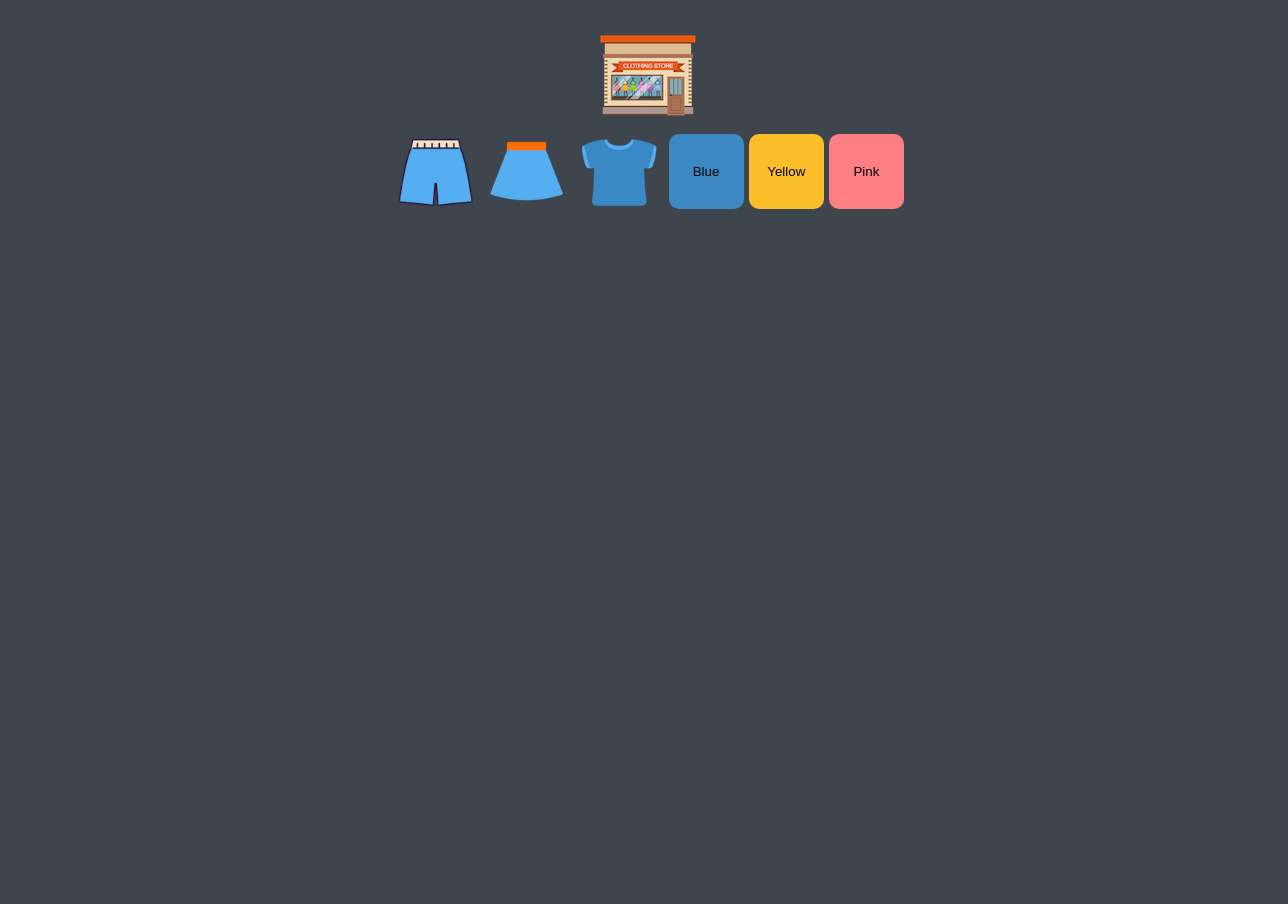
Repository: Jay-JYKim91/elle-shopping-mall
Page: index.html
An editor plug-in stored every save of this project. The page is shown before and after the next save, followed by the edit.
The browser window is 1280 px wide. The page is 1288 px wide, so the pictures cover 1288 px, including what lies to the right of the window. The pictures show the whole page.
An inner scrolling area shows only its first screen.

Above is the page before, as saved 2021-07-28 20:32:36.

### index.html
<!DOCTYPE html>
<html lang="en">
  <head>
    <meta charset="UTF-8" />
    <meta name="viewport" content="width=device-width, initial-scale=1.0" />
    <title>Online Shopping</title>
    <link rel="stylesheet" href="style.css" />
    <script src="src/main.js" defer></script>
  </head>
  <body>
    <div class="container">
      <div class="logo">
        <img src="./img/logo.png" alt="logo">
      </div>
      <div class="options">
        <button class="btn">
          <img src="./img/blue_p.png" alt="blue pants" data-key="type" data-value="pants">
        </button>
        <button class="btn">
          <img src="./img/blue_s.png" alt="blue skirt" data-key="type" data-value="skirt">
        </button>
        <button class="btn">
          <img src="./img/blue_t.png" alt="blue t-shirt" data-key="type" data-value="tshirt">
        </button>
        <button class="btn color-box blue" data-key="color" data-value="blue">
          Blue
        </button>
        <button class="btn color-box yellow" data-key="color" data-value="yellow">
          Yellow
        </button>
        <button class="btn color-box pink" data-key="color" data-value="pink">
          Pink
        </button>
      </div>
      <div class="lists">
        <ul>

        </ul>
      </div>
    </div>
  </body>
</html>

### style.css
:root {
  /* color */
  --color-black: #3f454d;
  --color-white: #ffffff;
  --color-blue: #3b88c3;
  --color-yellow: #fbbe28;
  --color-pink: #fd7f84;
  --color-light-grey: #dfdfdf;
}

* {
  box-sizing: border-box;
}
body {
  background-color: var(--color-black);
  height: 90vh;
  width: 100vw;
}
.container {
  text-align: center;
  width: 40%;
  height: 70vh;
  margin: 30px auto;
}
.invisible {
  display: none;
}
.options {
  display: flex;
  justify-content: space-between;
}
.btn {
  background-color: #3f454d;
  border: none;
}
.options img {
  width: 75px;
  height: 75px;
  transition: transform 300ms;
}
.options img:hover {
  transform: scale(1.1);
}
.color-box {
  width: 75px;
  height: 75px;
  text-align: center;
  border-radius: 10px;
  transition: transform 300ms;
}
.color-box:hover {
  transform: scale(1.1);
}
.color-box p {
  margin: 28px 0;
}
.blue {
  background-color: var(--color-blue);
}
.yellow {
  background-color: var(--color-yellow);
}
.pink {
  background-color: var(--color-pink);
}
.lists {
  height: 660px;
  overflow-y: scroll;
  padding: 0;
  margin-top: 30px;
}
.lists::-webkit-scrollbar {
  display: none;
}
ul {
  list-style: none;
  padding: 0;
}
.list {
  background-color: var(--color-white);
  width: 100%;
  padding: 10px;
  display: flex;
  align-items: center;
  margin-top: 10px;
  border-radius: 10px;
}
.list img {
  width: 45px;
  height: 45px;
  margin-right: 20px;
}

### src/main.js
function loadItems() {
    return fetch('data/data.json')
        .then(response => response.json())
        .then(json => json.items);
}

function createElement(item) {
    const img = document.createElement('img');
    img.setAttribute('src', item.image);

    const description = document.createElement('div');
    description.setAttribute('class', 'description');
    description.innerText = `${item.gender} ${item.size} size`;

    const li = document.createElement('li');
    li.setAttribute('class','list');
    li.setAttribute('data-type', item.type);
    li.setAttribute('data-color', 'item.color');
    li.append(img);
    li.append(description);
    return li;
}
// function displayItems(items) {
//     const lists = document.querySelector('.lists');

//     lists.innerHTML = items.map(item => createHTMLString(item)).join('');
// }
// function createHTMLString(item) {
//     return `
//         <li class="list">
//             <img src="${item.image}" alt="${item.img}">
//             <div class="description">
//                 <p>${item.gender} ${item.size}</p>
//             </div>
//         </li>
//     `
// }
function onBtnClick(event, items) {
    const target = event.target
    const key = target.dataset.key;
    const value = target.dataset.value;

    if(key == null || value == null) {
        return;
    }

    const filtered = items.filter(item => item[key] === value);
    displayItems(filtered);
    //updateItems(items, key, value);
}



// function updateItems(items, key, value) {

//     items.forEach(item => {
//         if (item[key] === value) {
//             console.log(list);
//             list.classList.remove('invisible');
//         } else {
//             console.log(list);
//             list.classList.add('invisible');
//         }
//     })
// }
function setEventListeners(items) {
    const logo = document.querySelector('.logo');
    const btns = document.querySelector('.options');
    logo.addEventListener('click', ()=> displayItems(items));
    btns.addEventListener('click', event => onBtnClick(event, items));
}

loadItems()
.then(items => {
    // const list = items.map(createElement);
    // const lists = document.querySelector('.lists');
    // lists.append(...list);
    // const btns = document.querySelector('.options');
    // btns.addEventListener('click', event => onBtnClick(event, list));
    displayItems(items);
    setEventListeners(items);
})
.catch(console.log);

### data/data.json
{
    "items": [
        {
            "type": "pants",
            "gender": "female",
            "size": "large",
            "color": "blue",
            "image": "../img/blue_p.png"
        },
        {
            "type": "skirt",
            "gender": "female",
            "size": "large",
            "color": "blue",
            "image": "../img/blue_s.png"
        },
        {
            "type": "tshirt",
            "gender": "male",
            "size": "large",
            "color": "blue",
            "image": "../img/blue_t.png"
        },
        {
            "type": "pants",
            "gender": "female",
            "size": "large",
            "color": "pink",
            "image": "../img/pink_p.png"
        },
        {
            "type": "skirt",
            "gender": "female",
            "size": "large",
            "color": "pink",
            "image": "../img/pink_s.png"
        },
        {
            "type": "tshirt",
            "gender": "female",
            "size": "large",
            "color": "pink",
            "image": "../img/pink_t.png"
        },
        {
            "type": "pants",
            "gender": "male",
            "size": "large",
            "color": "yellow",
            "image": "../img/yellow_p.png"
        },
        {
            "type": "skirt",
            "gender": "female",
            "size": "large",
            "color": "yellow",
            "image": "../img/yellow_s.png"
        },
        {
            "type": "tshirt",
            "gender": "female",
            "size": "large",
            "color": "yellow",
            "image": "../img/yellow_t.png"
        }
    ]
}

After the next save:
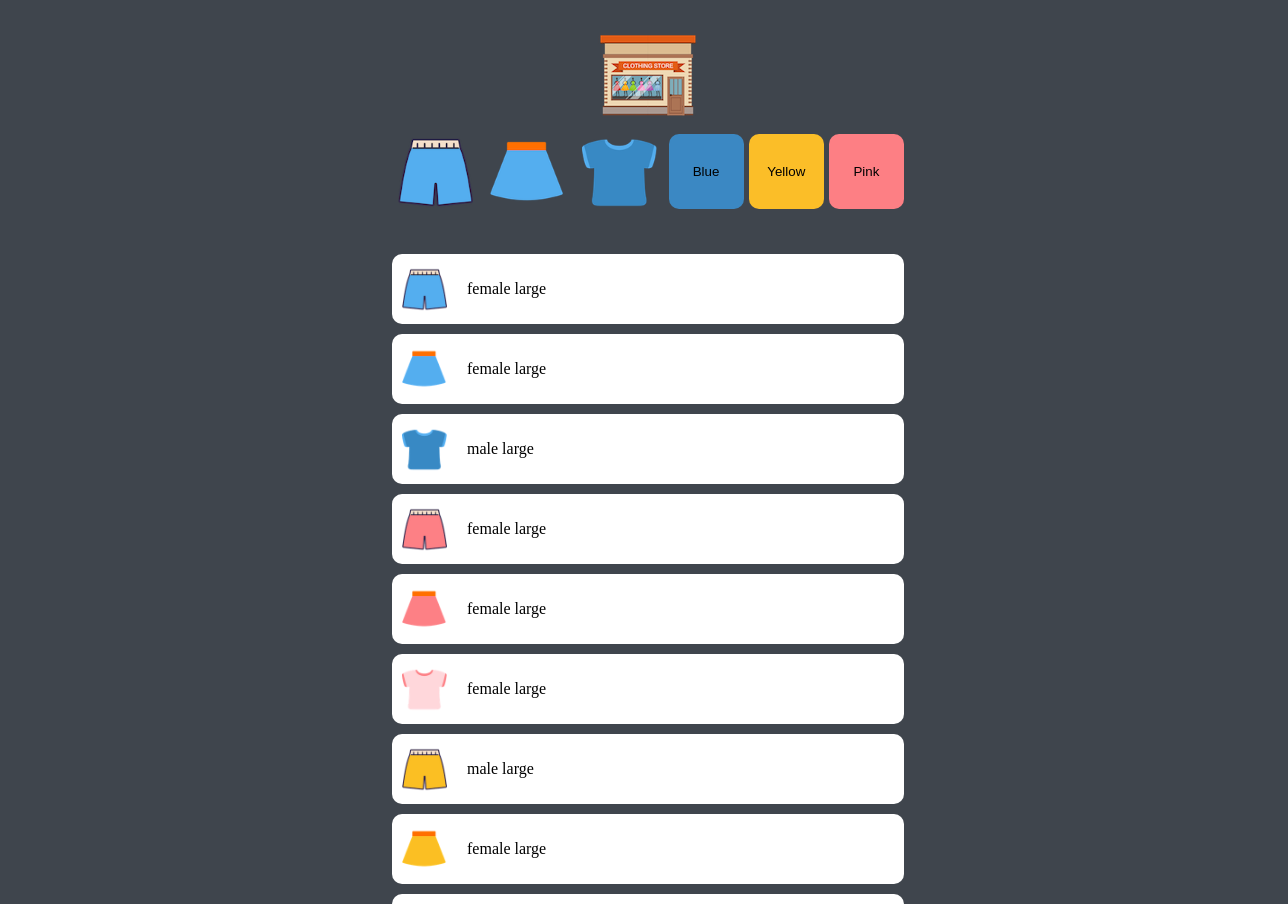
Saved 12 s later.
--- a/src/main.js
+++ b/src/main.js
@@ -4,37 +4,37 @@ function loadItems() {
         .then(json => json.items);
 }
 
-function createElement(item) {
-    const img = document.createElement('img');
-    img.setAttribute('src', item.image);
+// function createElement(item) {
+//     const img = document.createElement('img');
+//     img.setAttribute('src', item.image);
 
-    const description = document.createElement('div');
-    description.setAttribute('class', 'description');
-    description.innerText = `${item.gender} ${item.size} size`;
+//     const description = document.createElement('div');
+//     description.setAttribute('class', 'description');
+//     description.innerText = `${item.gender} ${item.size} size`;
 
-    const li = document.createElement('li');
-    li.setAttribute('class','list');
-    li.setAttribute('data-type', item.type);
-    li.setAttribute('data-color', 'item.color');
-    li.append(img);
-    li.append(description);
-    return li;
+//     const li = document.createElement('li');
+//     li.setAttribute('class','list');
+//     li.setAttribute('data-type', item.type);
+//     li.setAttribute('data-color', 'item.color');
+//     li.append(img);
+//     li.append(description);
+//     return li;
+// }
+function displayItems(items) {
+    const lists = document.querySelector('.lists');
+
+    lists.innerHTML = items.map(item => createHTMLString(item)).join('');
 }
-// function displayItems(items) {
-//     const lists = document.querySelector('.lists');
-
-//     lists.innerHTML = items.map(item => createHTMLString(item)).join('');
-// }
-// function createHTMLString(item) {
-//     return `
-//         <li class="list">
-//             <img src="${item.image}" alt="${item.img}">
-//             <div class="description">
-//                 <p>${item.gender} ${item.size}</p>
-//             </div>
-//         </li>
-//     `
-// }
+function createHTMLString(item) {
+    return `
+        <li class="list">
+            <img src="${item.image}" alt="${item.img}">
+            <div class="description">
+                <p>${item.gender} ${item.size}</p>
+            </div>
+        </li>
+    `
+}
 function onBtnClick(event, items) {
     const target = event.target
     const key = target.dataset.key;
